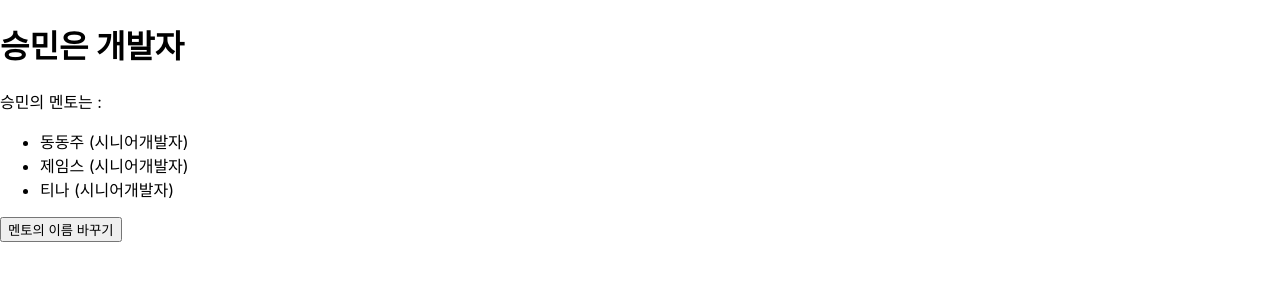
Repository: dnjfht/css-example
Page: /
An editor plug-in stored every save of this project. The page is shown before and after a run of saves, followed by the edit.
The browser window is 1280 px wide. The pictures show the whole page.
The project was rebuilt for these pictures with package versions that can differ from the ones it lists, and the page was loaded fresh each time.

Above is the page before, as saved 2023-05-10 17:41:29.

### src/App.js
import React, { useState } from "react";

export default function App() {
  const [person, setPerson] = useState({
    name: "승민",
    title: "개발자",
    mentors: [
      {
        name: "동동주",
        title: "시니어개발자",
      },
      {
        name: "제임스",
        title: "시니어개발자",
      },
      {
        name: "티나",
        title: "시니어개발자",
      },
    ],
  });

  const ClickMentorNameChange = () => {
    const prev = prompt("누구의 이름을 바꾸고 싶은가요?");
    const current = prompt("이름을 무엇으로 바꾸고 싶은가요?");

    setPerson((person) => ({
      ...person,
      mentors: person.mentors.map((mentor) => {
        if (mentor.name === prev) {
          return { ...mentor, name: current };
        }
        return mentor;
      }),
    }));
  };

  return (
    <div>
      <h1>
        {person.name}은 {person.title}
      </h1>
      <p>{person.name}의 멘토는 :</p>
      <ul>
        {person.mentors.map((mentor, index) => {
          return (
            <li key={index}>
              {mentor.name} ({mentor.title})
            </li>
          );
        })}
      </ul>
      <button onClick={ClickMentorNameChange}>멘토의 이름 바꾸기</button>
    </div>
  );
}

Loaded but not shown: public/index.html (common file); src/index.js (common file); src/index.css (common file); src/reportWebVitals.js (common file)

After the next 3 saves:
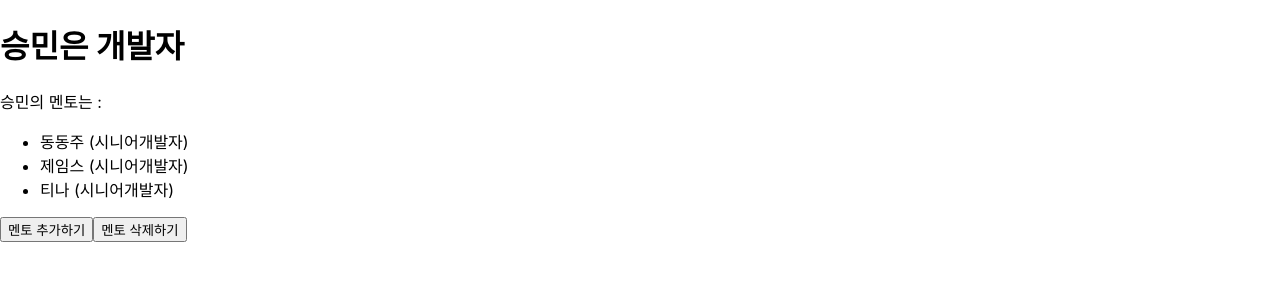
The 3 saves are shown as one change because 2 did not build or start.
The last was saved 99 s later.
--- a/src/App.js
+++ b/src/App.js
@@ -20,20 +20,9 @@ export default function App() {
     ],
   });
 
-  const ClickMentorNameChange = () => {
-    const prev = prompt("누구의 이름을 바꾸고 싶은가요?");
-    const current = prompt("이름을 무엇으로 바꾸고 싶은가요?");
+  const ClickAddMentor = () => {};
 
-    setPerson((person) => ({
-      ...person,
-      mentors: person.mentors.map((mentor) => {
-        if (mentor.name === prev) {
-          return { ...mentor, name: current };
-        }
-        return mentor;
-      }),
-    }));
-  };
+  const ClickDeleteMentor = () => {};
 
   return (
     <div>
@@ -50,7 +39,8 @@ export default function App() {
           );
         })}
       </ul>
-      <button onClick={ClickMentorNameChange}>멘토의 이름 바꾸기</button>
+      <button onClick={ClickAddMentor}>멘토 추가하기</button>
+      <button onClick={ClickDeleteMentor}>멘토 삭제하기</button>
     </div>
   );
 }
